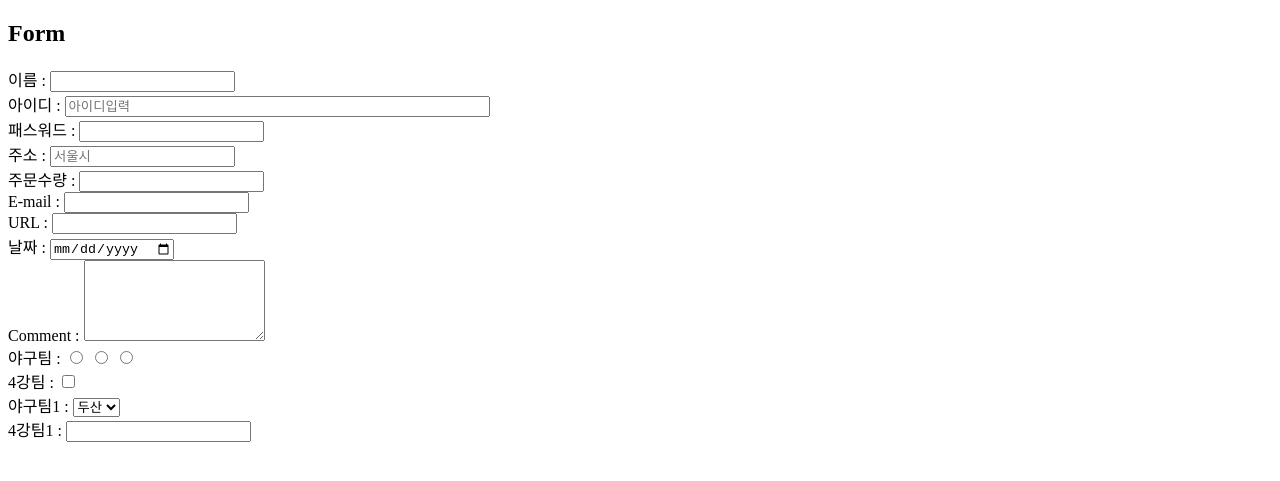
Repository: star-min/jsp_basic
Page: jsp1/web01/src/main/webapp/form.html
These files come from the project's save history. The page is drawn as it stood at one moment and after the next save; the edit follows.
The browser window is 1280 px wide. The pictures show the whole page.

Above is the page before, as saved 2022-04-22 05:40:24.

After the next save:
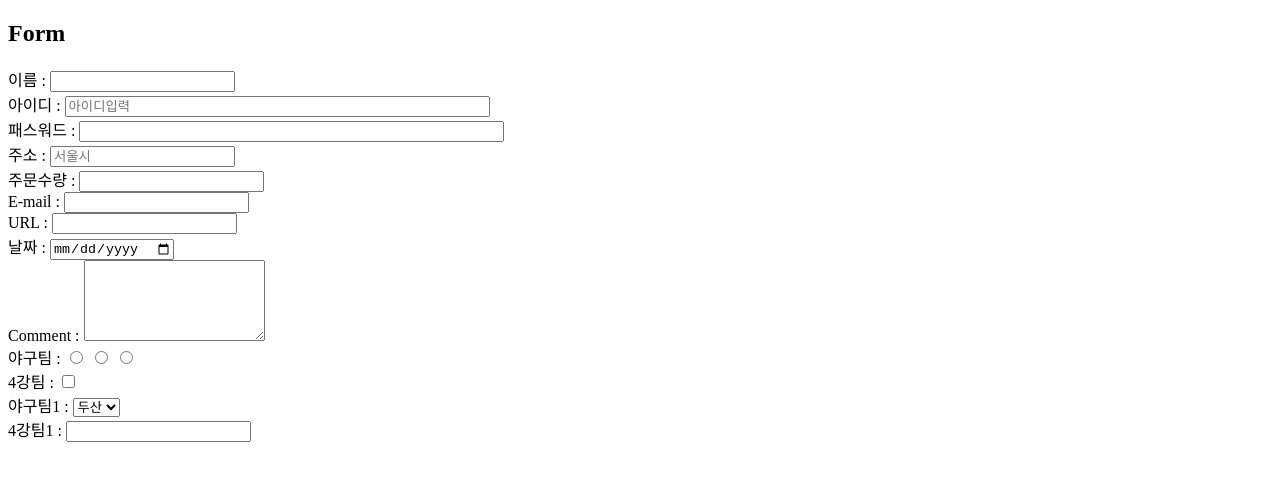
Saved 7 s later.
--- a/jsp1/web01/src/main/webapp/form.html
+++ b/jsp1/web01/src/main/webapp/form.html
@@ -30,7 +30,7 @@
 			<tr>
 				<th>패스워드 : </th>
 				<td>
-					<input type="password"  id="upw" name="upw" class="pw">
+					<input type="password"  id="upw" name="upw" class="pw" size="50">
 					</br>
 				</td>
 			</tr>
